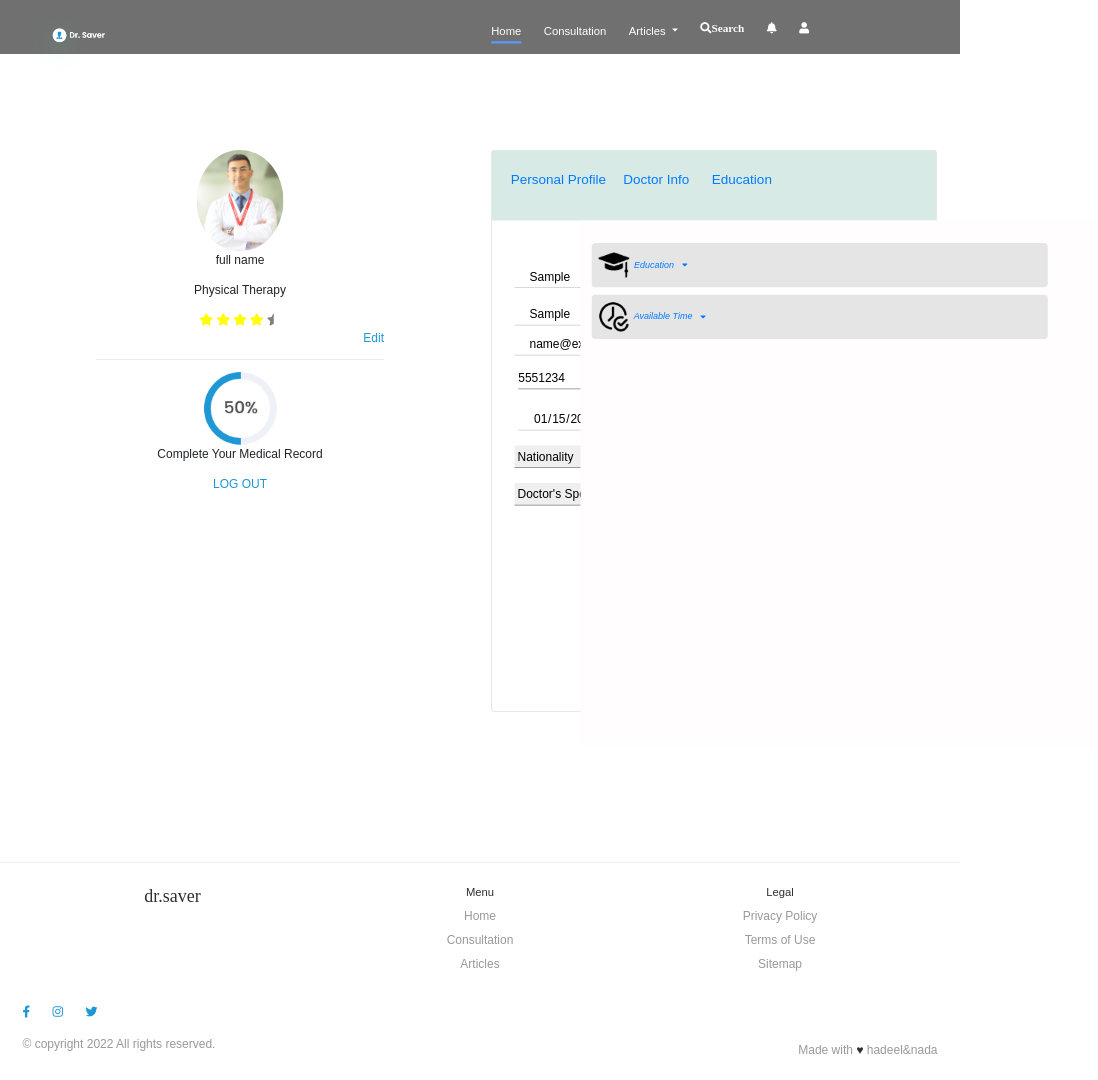
Repository: nsra/hadeel_doctor_system
Page: doctor/Dprofile.html
The author's editor kept a copy of each file at every save. The page is drawn from the files as they stood at one save, then again after the next save.
The browser window is 1280 px wide. The page is 1464 px wide, so the pictures cover 1464 px, including what lies to the right of the window. The pictures show the whole page, at 75% of full size.
Empty fields were first filled with sample values (such as "Sample", 5 or name@example.com).
After loading, the first visible `li.item` was clicked once.
Some web fonts or font styles are not loaded; a fallback is used. Some web libraries are served in a nearby version.

Above is the page before, as saved 2022-04-09 20:54:11.

### doctor/Dprofile.html
<!DOCTYPE html>
<html lang="en">
<head>
    <meta charset="UTF-8">
    <meta http-equiv="content-type" content="text/html; charset=UTF-8">
    <title>DrSaver</title>
    <link rel="shortcut icon" href="../assets/img/doctor.png" type="image/x-icon">
    <link rel="stylesheet" href="https://maxcdn.bootstrapcdn.com/bootstrap/4.0.0/css/bootstrap.min.css" integrity="sha384-Gn5384xqQ1aoWXA+058RXPxPg6fy4IWvTNh0E263XmFcJlSAwiGgFAW/dAiS6JXm" crossorigin="anonymous">
    <link rel="stylesheet" href="https://pro.fontawesome.com/releases/v5.10.0/css/all.css" integrity="sha384-AYmEC3Yw5cVb3ZcuHtOA93w35dYTsvhLPVnYs9eStHfGJvOvKxVfELGroGkvsg+p" crossorigin="anonymous"/>
    <link rel="stylesheet" href="../assets/css/style.css" type="text/css">
    <link rel="preconnect" href="https://fonts.gstatic.com">
    <link href="https://fonts.googleapis.com/css2?family=Tajawal:wght@700&display=swap" rel="stylesheet">
    <meta name="viewport" content="width=device-width, initial-scale=1, shrink-to-fit=no">
</head>
<body>

    <!--header-->
    <div class="header" style=" background-color: #707070;">

<div class="header-content">
    <div class="logo">
        <img src=" ../assets/img/drsaver.png"  alt="logo image" draggable="false">

     </div>
       <ul class="nav">
         <li><a href="#" class="active">Home</a></li>
         <li><a href="#" >Consultation</a></li>
           <li class="nav-item dropdown">
            <a class="nav-link dropdown-toggle" href="#" id="navbarDropdown" role="button" data-toggle="dropdown" aria-haspopup="true" aria-expanded="false">
                Articles
            </a>
            <div class="dropdown-menu" aria-labelledby="navbarDropdown">
              <a class="dropdown-item" href="#">Action</a>
              <a class="dropdown-item" href="#">Another action</a>
              <div class="dropdown-divider"></div>
              <a class="dropdown-item" href="#">Something else here</a>
            </div>
          </li>
         <li><a href="#"class="icon fa fa-search fa-2x" >Search</a></li>

 <li><a href="#"class="icon fa fa-bell" >  </a></li>
          <li><a href="#"class="icon fa fa-user fa-2x" > </a></li>






     </ul>
     <div class="clear"></div>
</div>
  </div>

     <!--profile section-->
     <div class="about pd-y"></div>
     <aside id="slide-out" class="sidebar white fixed">
        <div class="side-nav-wrapper">
            <div class="sidebar-profile">
                <div class="sidebar-profile-image">
                    <img src="../assets/img/Image -1.png" style="border: none;border-radius: 50%;width: 30%;" alt="">
                </div>
                <div class="sidebar-profile-info">

                </div>
            </div>

<p  >full name</p>
<p >Physical Therapy</p>
<span> <i class="fas fa-star staryel"></i></span>
<span> <i class="fas fa-star staryel"></i></span>
<span> <i class="fas fa-star staryel"></i></span>
<span> <i class="fas fa-star staryel"></i></span>
<span> <i class="fas fa-star-half  "style="color:gray"></i></span>
<br>
<span class="float-right" style="color: #1E97D5;">Edit</span>
<br><hr>

<img src="../assets/img/BG.png" alt="" >
<br>
<span>Complete Your Medical Record</span>
       <ul>
<li ><a  href="" style="color: #1E97D5;">LOG OUT</a> </li>
</ul>



        </div>
    </aside>


        <div class="row">
        <br>
            <div class="col s12">

            </div>
            <div class="col s12 m12 l6">
                <div class="card">
                    <div class="card-content">
                           <div  class="row" style="background-color: #D8EAE6; width: 100%;margin-left: 0;padding: 10px;">
                            <ul class="list-item">

                              <li class="item j" onclick="displayHide()" ><a href="#">Personal Profile</a></li>

                              <li class="item  "onclick="displayShow()" > <a href="#"> Doctor info<i class=""></i> </a>

                                <ul class="dropdown" id="med">

                                    <li class="dropdown-btn"> <img src="../assets/img/PHOTO-12.png" alt="" >   Syndicate Membership Card
                                       <i class="fa fa-caret-down"></i>
                                    </li>
                                    <div class="dropdown-container">
                                      <form id="example-form" method="post" name="updatemp">

                                        <section>
                                          <div class="wizard-content">
                                            <div class="row">
                                              <div class="col m6">

                                                  <div class="input-field col  ">

                                                    <input id="file"  name="file" placeholder="Please Upload Your Syndicate " type="file" required>
                                                  </div>


                                              </div>
                                            </div>
                                          </div>
                                        </section>


                                      </form>

                                    </div>
                              </li>
                              <li class="dropdown-btn"> <img src="../assets/img/PHOTO-14.png" alt="" > Available Time
                                <i class="fa fa-caret-down"></i>
                             </li>
                             <div class="dropdown-container">
                               <form action="">


                                  <input id="date-time"  name="date-time" placeholder=" " type="date" required>


                               </form>
                             </div>
                                        <div class="input-field row ">
                                    <center><button type="submit" name="change" style="padding:10px;color:#fff;margin-left:100px;width:150px;border:none;text-transform:uppercase" class="waves-effect waves-light btn indigo m-b-xs" onclick="">Add</button></center>
                                    <center><button type="submit" name="change" style="padding:10px;color:#fff;margin-left:50px;width:150px;border:none;text-transform:uppercase" class="waves-effect waves-light btn indigo m-b-xs" onclick="">Cancel</button></center>

                                    </div>  </ul>

                                </li>

                                <li class="item  "onclick="displayShowE()"  > <a href="#"> Education  <i class="">
                                  <ul class="dropdown" id="mn"  >

                                    <li class="dropdown-btn"> <img src="../assets/img/PHOTO-16.png" alt="" > Education
                                       <i class="fa fa-caret-down"></i>
                                    </li>
                                    <div class="dropdown-container">
                                      <form id="example-form" method="post" name="updatemp">

                                        <section>
                                          <div class="wizard-content">
                                            <div class="row">
                                              <div class="col m6">

                                                <div class="input-field " >
                                                  <select name="Specialty" autocomplete="off"  >
                                                    <option  >Choose Specialty  </option>
                                                    <option value="Male">Arthopedician Specialist</option>
                                                    <option value="Female">rthopedician Specialis</option>

                                                  </select>
                                                </div>

                                                  <div class="input-field " >
                                                    <select name="Blood-type" autocomplete="off"  >
                                                      <option  >Choose instiuation</option>
                                                      <option value="Male">Orthopedician Specialist</option>
                                                      <option value="Female">B</option>

                                                    </select>
                                                  </div>
                                                  <div class="input-field">

                                                    <input id="gdate" name="gdate" value="" placeholder="?" type="date"
                                                      autocomplete="off" required>
                                                  </div>
                                                  <div class="input-field row ">
                                                    <center><button type="submit" name="change" style="padding:10px;color:#fff;margin-left:100px;width:150px;border:none;text-transform:uppercase" class="waves-effect waves-light btn indigo m-b-xs" onclick="">Add</button></center>
                                                    <center><button type="submit" name="change" style="padding:10px;color:#fff;margin-left:50px;width:150px;border:none;text-transform:uppercase" class="waves-effect waves-light btn indigo m-b-xs" onclick="">Cancel</button></center>

                                                    </div>
                                              </div>
                                            </div>
                                          </div>
                                        </section>


                                      </form>

                                    </div>
                              </li>
                              <li class="dropdown-btn"> <img src="../assets/img/PHOTO-14.png" alt="" > Available Time
                                <i class="fa fa-caret-down"></i>
                             </li>
                             <div class="dropdown-container">
                               <form action="">


                                  <input id="date-time"  name="date-time" placeholder=" " type="date" required>


                               </form>
                             </div>
                                          </ul>
                                </i> </a>
                                 </ul>

                          <script>
                  /* Loop through all dropdown buttons to toggle between hiding and showing its dropdown content - This allows the user to have multiple dropdowns without any conflict */
                  var dropdown = document.getElementsByClassName("dropdown-btn");
                  var i;
                  function displayHide() {
                            document.getElementById("med").style.visibility = "hidden";
                            document.getElementById("mn").style.visibility = "visible";
                         }
                         function displayShow() {
                            document.getElementById("med").style.visibility = "visible";

                         }
                         function displayShowE() {
                            document.getElementById("mn").style.visibility = "visible";

                            document.getElementById("med").style.visibility = "hidden";
                         }
                   for (i = 0; i < dropdown.length; i++) {
                    dropdown[i].addEventListener("click", function() {

                    var dropdownContent = this.nextElementSibling;
                    if (dropdownContent.style.display === "block") {
                    dropdownContent.style.display = "none";
                    } else {
                    dropdownContent.style.display = "block";
                    }
                    });
                  }
                  </script>    </ul>
                            </div>   <form id="example-form" method="post" name="updatemp">

                                <section>
                                    <div class="wizard-content">
                                        <div class="row">
                                            <div class="col m6">
                                                <div class="row">


<div class="input-field col m6 s12 ">

<input id="firstName" name="firstName"  placeholder="First name"  type="text" required>
</div>

<div class="input-field ">

<input id="lastName" name="lastName" placeholder="Last name " value="" type="text" autocomplete="off" required>
</div>
                                                </div>
<div class="input-field">

 <input id="userName" name="userName" value="" placeholder="Username" type="text" autocomplete="off" required>
</div>

<div class="input-field">
 <input  name="email" type="email" id="email" placeholder="Email" value=" "   autocomplete="off" required>

</div>

<div class="input-field  ">
 <input id="phone" name="mobileno"style="margin:5px;" type="tel" placeholder="Mobile number" maxlength="10" autocomplete="off" required>
</div>



<div class="row">

<div class="input-field ">
 <input id="birthdate" name="dob"  class="datepicker" type="date" value="" style="margin:20px;" >
</div>
<div class="input-field " style="margin:20px;margin-left:50px;">
<select  name="gender" autocomplete="off">

<option value="Male">Male</option>
<option value="Female">Female</option>

</select>
</div>
</div>
<div class="input-field "  >
    <select  name="gender" autocomplete="off" >

    <option value="Nationality">Nationality</option>
    <option value="palestinian">palestinian</option>

    </select>
    </div>
    <div class="input-field " style="margin-top:20px">
        <select  name="gender" autocomplete="off" >

        <option value="Specialty">Doctor's Specialty</option>
        <option value="heart">heart</option>
        <option value="PhysicalTherapy">Physical Therapy</option>

        </select>



                                            </div>
                                            <div class="input-field  ">
                                              <center><button type="submit" name="change" style="padding:10px;color:#fff;margin:100px;width:150px;border:none;text-transform:uppercase" class="waves-effect waves-light btn indigo m-b-xs" onclick="">Save</button></center>

                                              </div>
                                        </div>
                                    </div>
                                </section>




                        </form>



</div>




                                </div>

                            </form>
                        </div>
                    </div>
                </div>




<div class="left-sidebar-hover"></div>


  <div class="about pd-y"></div>

    <!--footer section-->
<footer class="footer">

    <div class="footer__addr">
      <h1 class="footer__logo">Dr.saver</h1>


    </div>

    <ul class="footer__nav">
      <li class="nav__item">
        <h2 class="nav__title">Menu</h2>

        <ul class="nav__ul">
          <li>
            <a href="#">Home</a>
          </li>

          <li>
            <a href="#">Consultation</a>
          </li>

          <li>
            <a href="#">Articles</a>
          </li>
        </ul>
      </li>

      <li class="nav__item">
        <h2 class="nav__title">Legal</h2>

        <ul class="nav__ul">
          <li>
            <a href="#">Privacy Policy</a>
          </li>

          <li>
            <a href="#">Terms of Use</a>
          </li>

          <li>
            <a href="#">Sitemap</a>
          </li>
        </ul>
      </li>
    </ul>
    <div class="row">

        <div class="  col-lg-5 ">

            <div class="row float-left">
                <div class="socialItem">
                    <i class="fab fa-facebook-f"></i>
                </div>
                <div class="socialItem">
                    <i class="fab fa-instagram"></i>
                </div>
                <div class="socialItem">
                    <i class="fab fa-twitter"></i>
                </div>


            </div>
        </div>
    </div>
    <div class="legal">
      <p> &copy; copyright 2022 All rights reserved.</p>

      <div class="legal__links">
        <span>Made with <span class="heart">♥</span> hadeel&nada</span>
      </div>

    </div>
  </footer>
  <script src="https://code.jquery.com/jquery-3.2.1.slim.min.js" integrity="sha384-KJ3o2DKtIkvYIK3UENzmM7KCkRr/rE9/Qpg6aAZGJwFDMVNA/GpGFF93hXpG5KkN" crossorigin="anonymous"></script>
  <script src="https://cdn.jsdelivr.net/npm/popper.js@1.12.9/dist/umd/popper.min.js" integrity="sha384-ApNbgh9B+Y1QKtv3Rn7W3mgPxhU9K/ScQsAP7hUibX39j7fakFPskvXusvfa0b4Q" crossorigin="anonymous"></script>
  <script src="https://cdn.jsdelivr.net/npm/bootstrap@4.0.0/dist/js/bootstrap.min.js" integrity="sha384-JZR6Spejh4U02d8jOt6vLEHfe/JQGiRRSQQxSfFWpi1MquVdAyjUar5+76PVCmYl" crossorigin="anonymous"></script>
  </body>
</html>

Loaded but not shown: assets/css/style.css (802 lines, source omitted)

After the next save:
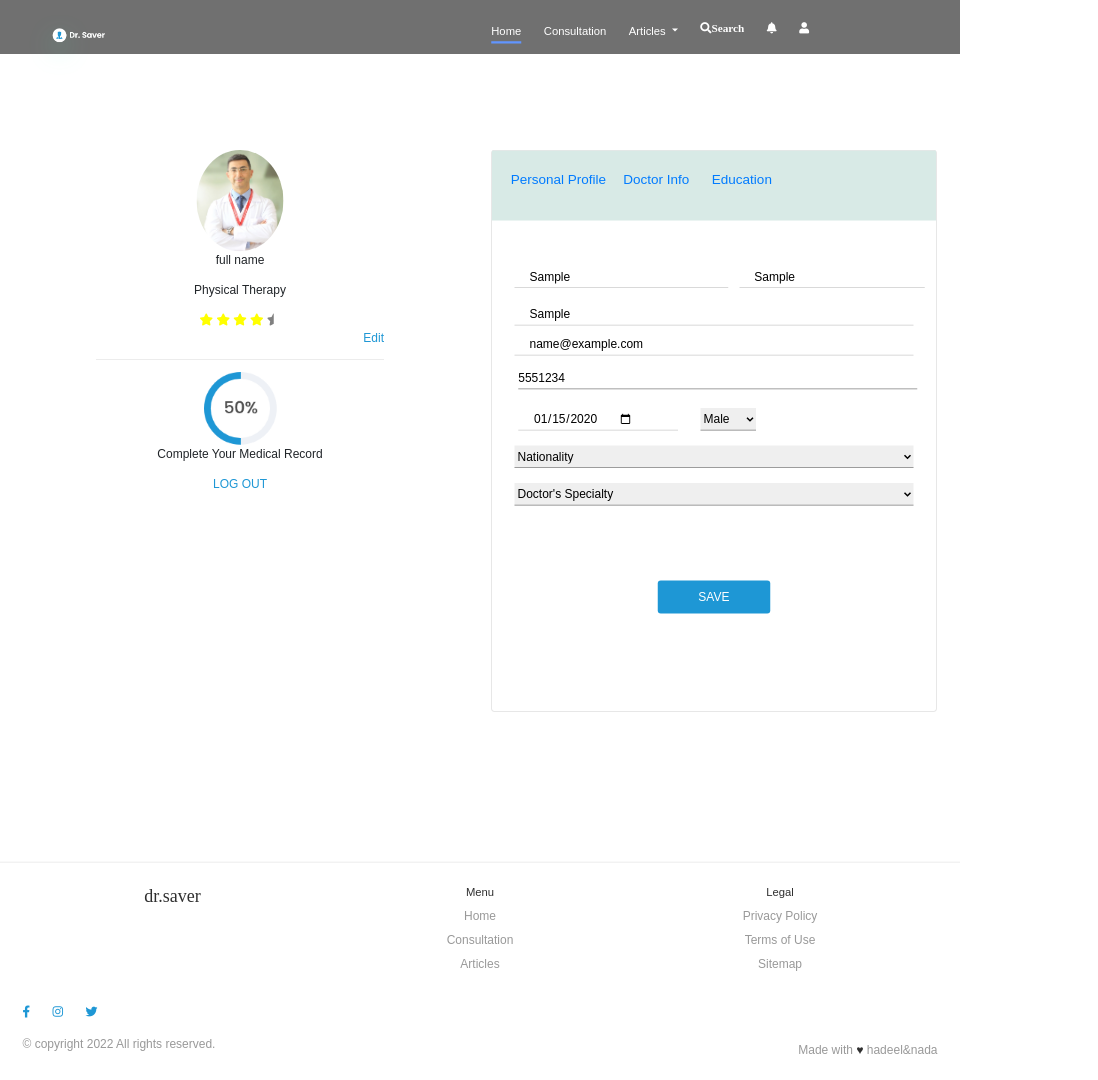
Saved 5 s later.
--- a/doctor/Dprofile.html
+++ b/doctor/Dprofile.html
@@ -225,7 +225,7 @@
                   var i;
                   function displayHide() {
                             document.getElementById("med").style.visibility = "hidden";
-                            document.getElementById("mn").style.visibility = "visible";
+                            document.getElementById("mn").style.visibility = "hidden";
                          }
                          function displayShow() {
                             document.getElementById("med").style.visibility = "visible";

After the save that followed:
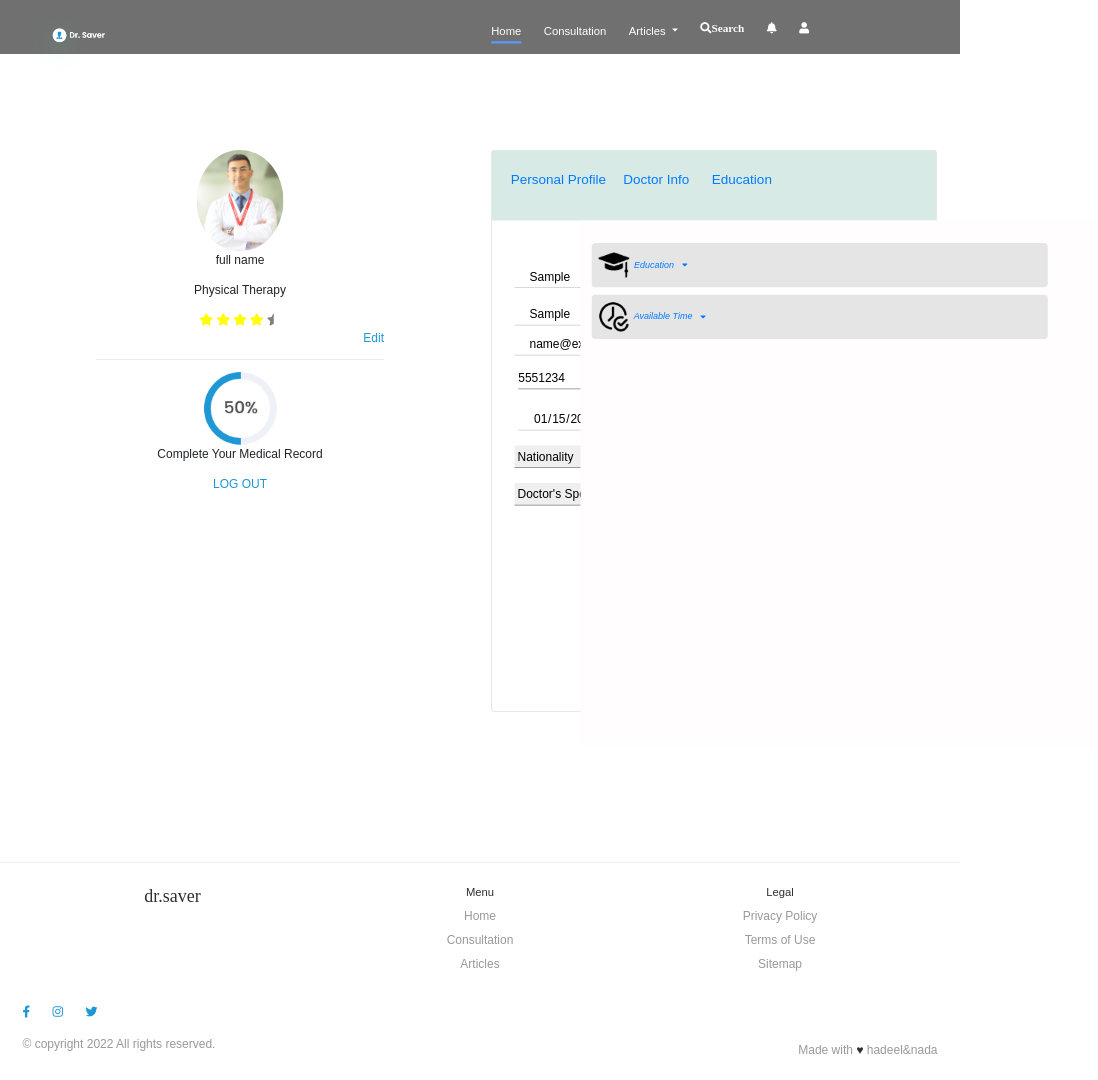
Saved 16 s later.
--- a/doctor/Dprofile.html
+++ b/doctor/Dprofile.html
@@ -225,11 +225,11 @@
                   var i;
                   function displayHide() {
                             document.getElementById("med").style.visibility = "hidden";
-                            document.getElementById("mn").style.visibility = "hidden";
+
                          }
                          function displayShow() {
                             document.getElementById("med").style.visibility = "visible";
-
+                            document.getElementById("mn").style.visibility = "hidden";
                          }
                          function displayShowE() {
                             document.getElementById("mn").style.visibility = "visible";
